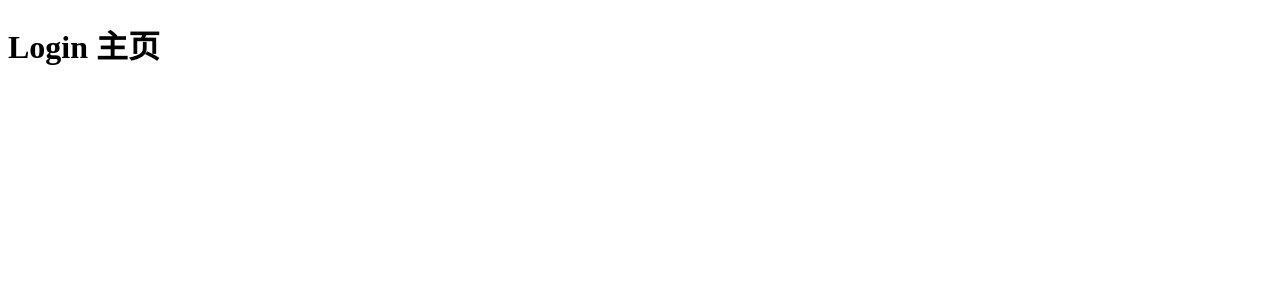
Repository: freshbirdha/code
Page: http://localhost/mvc/login.jsp
These files come from the project's save history. The page is drawn as it stood at one moment and after the next save; the edit follows.
The browser window is 1280 px wide. The pictures show the whole page.
The page is served by Tomcat 9. Other server files are loaded and not shown.

Above is the page before, as saved 2023-07-12 10:19:23.

### mvc/src/main/webapp/login.jsp
<%@ page language="java" contentType="text/html; charset=UTF-8"
    pageEncoding="UTF-8"%>
<!DOCTYPE html>
<html>
<head>
<meta charset="UTF-8">
<title>Login Page</title>
</head>
<body>
<h1>Login 主页</h1>
</body>
</html>

After the next save:
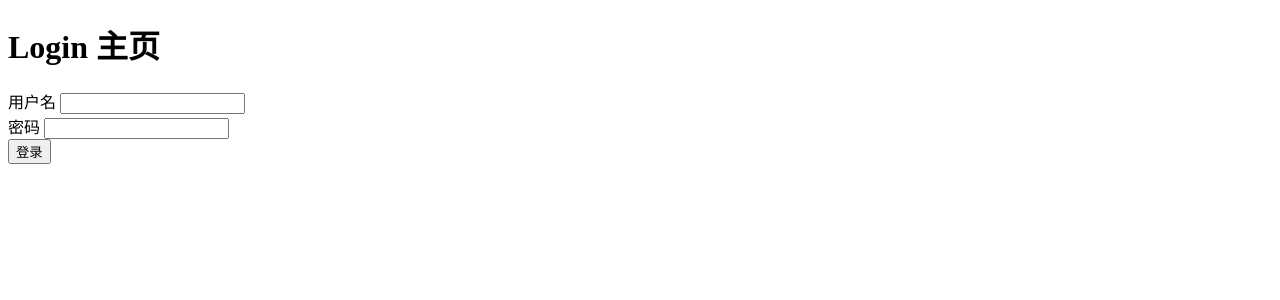
Saved 5 min 49 s later.
--- a/mvc/src/main/webapp/login.jsp
+++ b/mvc/src/main/webapp/login.jsp
@@ -8,5 +8,14 @@
 </head>
 <body>
 <h1>Login 主页</h1>
+<form action="login.do">
+<label>用户名</label>
+<input type="text" name="name" value="${param.name }"></input>
+<br>
+<label>密码</label>
+<input type="password" name="password" ></input>
+<br>
+<button>登录</button>
+</form>
 </body>
 </html>
